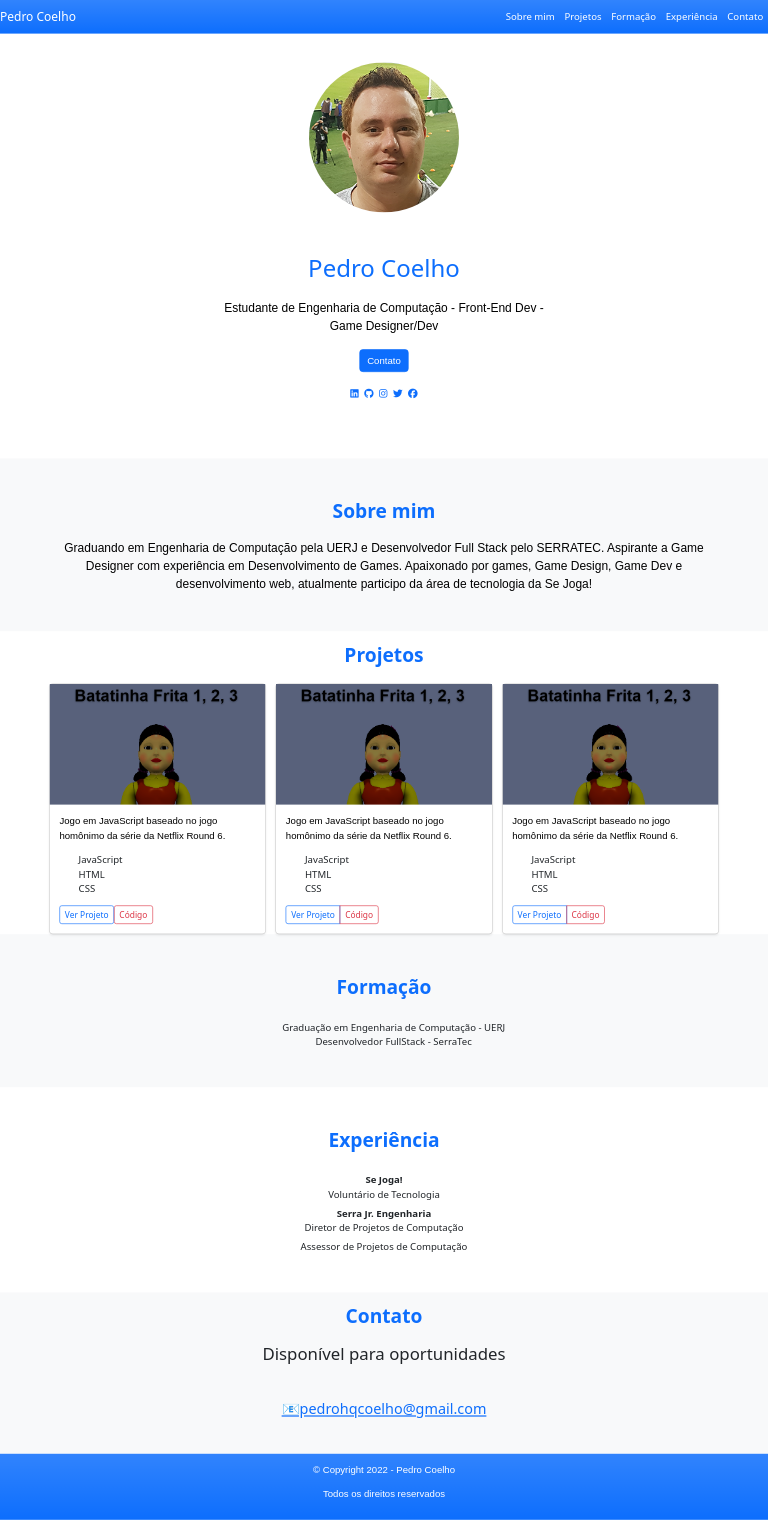
Repository: PedroHQCoelho/portfolio
Page: index.html
These files come from the project's save history. The page is drawn as it stood at one moment and after the next save; the edit follows.
The browser window is 1280 px wide. The pictures show the whole page, at 60% of full size.
Some web libraries are served in a nearby version.

Above is the page before, as saved 2022-05-26 20:13:12.

### index.html
<!DOCTYPE html>
<html lang="pt-BR">
<head>
    <meta charset="UTF-8">
    <meta http-equiv="X-UA-Compatible" content="IE=edge">
    <meta name="viewport" content="width=device-width, initial-scale=1.0">
    <title>Pedro Coelho - Portfólio</title>
    <link href="https://cdn.jsdelivr.net/npm/bootstrap@5.2.0-beta1/dist/css/bootstrap.min.css" rel="stylesheet" integrity="sha384-0evHe/X+R7YkIZDRvuzKMRqM+OrBnVFBL6DOitfPri4tjfHxaWutUpFmBp4vmVor" crossorigin="anonymous">
    <script src="https://cdn.jsdelivr.net/npm/bootstrap@5.2.0-beta1/dist/js/bootstrap.bundle.min.js" integrity="sha384-pprn3073KE6tl6bjs2QrFaJGz5/SUsLqktiwsUTF55Jfv3qYSDhgCecCxMW52nD2" crossorigin="anonymous"></script>
    <script src="https://cdn.jsdelivr.net/npm/@popperjs/core@2.11.5/dist/umd/popper.min.js" integrity="sha384-Xe+8cL9oJa6tN/veChSP7q+mnSPaj5Bcu9mPX5F5xIGE0DVittaqT5lorf0EI7Vk" crossorigin="anonymous"></script>
    <script src="https://cdn.jsdelivr.net/npm/bootstrap@5.2.0-beta1/dist/js/bootstrap.min.js" integrity="sha384-kjU+l4N0Yf4ZOJErLsIcvOU2qSb74wXpOhqTvwVx3OElZRweTnQ6d31fXEoRD1Jy" crossorigin="anonymous"></script>
    <script src="https://kit.fontawesome.com/65e0a77774.js" crossorigin="anonymous"></script>
    <link rel="stylesheet" href="style.css">
</head>
<body>
    <nav class="navbar navbar-expand-lg navbar-light bg-primary bg-gradient">
        <a class="navbar-brand textoBranco" href="#">Pedro Coelho</a>
        <button class="navbar-toggler" type="button" data-toggle="collapse" data-target="#navbarSupportedContent" aria-controls="navbarSupportedContent" aria-expanded="false" aria-label="Toggle navigation">
          <span class="navbar-toggler-icon"></span>
        </button>

        <div class="collapse navbar-collapse" id="navbarSupportedContent">
          <ul class="navbar-nav me-auto">

          </ul>
          <ul class="navbar-nav">
            <li class="nav-item">
                <a class="nav-link textoBranco" href="#sobre-mim">Sobre mim</a>
            </li>
            <li class="nav-item">
                <a class="nav-link textoBranco" href="#projetos">Projetos</a>
            </li>
            <li class="nav-item">
                <a class="nav-link textoBranco" href="#formacao">Formação</a>
            </li>
            <li class="nav-item">
                <a class="nav-link textoBranco" href="#experiencia">Experiência</a>
            </li>
            <li class="nav-item">
                <a class="nav-link textoBranco" href="#contato">Contato</a>
            </li>
          </ul>
        </div>
    </nav>

    <section class="py-5 text-center container">
        <img class="foto-perfil" src="img/foto-rosto.png" alt="foto perfil">
        <div class="row py-lg-5">
            <div class="col-lg-6 col-md-8 mx-auto">
            <h1 class="fw-light titulosAzuis">Pedro Coelho</h1>
            <p class="lead">Estudante de Engenharia de Computação - Front-End Dev - Game Designer/Dev</p>
            <p>
              <a href="#contato" class="btn btn-primary my-2">Contato</a>
            </p>
            <a href="https://www.linkedin.com/in/pedrohqcoelho/" target="_blank" title="Linkedin - Pedro Coelho"><i class="fab fa-linkedin"></i></a>
            <a href="https://github.com/PedroHQCoelho" target="_blank" title="Github - PedroHQCoelho"><i class="icones fab fa-github"></i></a>
            <a href="https://www.instagram.com/pedro.hq.coelho/" target="_blank" title="Instagram - @pedro.hq.coelho"><i class="icones fab fa-instagram"></i></a>
            <a href="https://twitter.com/pedrohqcoelho" target="_blank" title="Twitter - @pedrohqcoelho"><i class="icones fab fa-twitter"></i></a>
            <a href="https://www.facebook.com/pedrohqcoelho" target="_blank" title="Facebook - Pedro Coelho"><i class="icones fab fa-facebook"></i></a>
          </div>
        </div>
    </section>

    <!--Sobre mim-->
    <div class="album py-5 bg-light" id="sobre-mim">


        <section class="jumbotron text-center">
          <div class="container">
            <h2 class="jumbotron-heading titulosAzuis">Sobre mim</h2>
            <p class="lead">
              Graduando em Engenharia de Computação pela UERJ e Desenvolvedor Full Stack pelo SERRATEC.
              Aspirante a Game Designer com experiência em Desenvolvimento de Games.
              Apaixonado por games, Game Design, Game Dev e desenvolvimento web, atualmente participo da área de tecnologia da Se Joga!
            </p>
          </div>
        </section>
      </div>

    <!--Projetos-->

        <div class="container" id="projetos">
          <h2 class="jumbotron-heading text-center titulosAzuis">Projetos</h2>
          <div class="row row-cols-1 row-cols-sm-2 row-cols-md-3 g-3">
            <div class="col">
              <div class="card shadow-sm">
                <img src="img/batatinhafrita123.png" alt="">
                <div class="card-body">
                  <p class="card-text">Jogo em JavaScript baseado no jogo homônimo da série da Netflix Round 6.</p>
                  <ul>
                    <li>JavaScript</li>
                    <li>HTML</li>
                    <li>CSS</li>
                  </ul>
                  <div class="d-flex justify-content-between align-items-center">
                    <div class="btn-group">
                      <a href="https://batatinha-frita-1-2-3.netlify.app/" target="_blank" rel="noopener noreferrer">
                        <button type="button" class="btn btn-sm btn-outline-primary">Ver Projeto</button>
                      </a>
                      <a href="https://github.com/PedroHQCoelho/batatinha-frita-1-2-3" target="_blank" rel="noopener noreferrer">
                        <button type="button" class="btn btn-sm btn-outline-danger">Código</button>
                      </a>
                    </div>
                  </div>
                </div>
              </div>
            </div>
            <div class="col">
              <div class="card shadow-sm">
                <img src="img/batatinhafrita123.png" alt="">
                <div class="card-body">
                  <p class="card-text">Jogo em JavaScript baseado no jogo homônimo da série da Netflix Round 6.</p>
                  <ul>
                    <li>JavaScript</li>
                    <li>HTML</li>
                    <li>CSS</li>
                  </ul>
                  <div class="d-flex justify-content-between align-items-center">
                    <div class="btn-group">
                      <button type="button" class="btn btn-sm btn-outline-primary">Ver Projeto</button>
                      <button type="button" class="btn btn-sm btn-outline-danger">Código</button>
                    </div>
                  </div>
                </div>
              </div>
            </div>
            <div class="col">
              <div class="card shadow-sm">
                <img src="img/batatinhafrita123.png" alt="">
                <div class="card-body">
                  <p class="card-text">Jogo em JavaScript baseado no jogo homônimo da série da Netflix Round 6.</p>
                  <ul>
                    <li>JavaScript</li>
                    <li>HTML</li>
                    <li>CSS</li>
                  </ul>
                  <div class="d-flex justify-content-between align-items-center">
                    <div class="btn-group">
                      <button type="button" class="btn btn-sm btn-outline-primary">Ver Projeto</button>
                      <button type="button" class="btn btn-sm btn-outline-danger">Código</button>
                    </div>
                  </div>
                </div>
              </div>
            </div>
          </div>
        </div>

    <!--Formação-->
    <div class="album py-5 bg-light" id="formacao">
        <section class="jumbotron text-center">
          <div class="container">
            <h2 class="jumbotron-heading titulosAzuis">Formação</h2>
            <p class="lead">
            <ul>
              <li>Graduação em Engenharia de Computação - UERJ</li>
              <li>Desenvolvedor FullStack - SerraTec</li>
            </ul>
            </p>
          </div>
        </section>
      </div>

    <!--Experiência-->
    <div class="album py-5" id="experiencia">
      <section class="jumbotron text-center">
        <div class="container">
          <h2 class="jumbotron-heading titulosAzuis">Experiência</h2>
          <p class="lead">
          <dl>
            <dt>Se Joga!</dt>
            <dd>Voluntário de Tecnologia</dd>
            <dt>Serra Jr. Engenharia</dt>
            <dd>Diretor de Projetos de Computação</dd>
            <dd>Assessor de Projetos de Computação</dd>
          </dl>
          </p>
        </div>
      </section>
    </div>

    <!--Contato-->
        <section>
          <div class="container-fluid bg-light" id="contato">
            <h2 class="jumbotron-heading text-center titulosAzuis">Contato</h2>
            <h3 class="text-center">Disponível para oportunidades</h3>
            <a href="mailto:pedrohqcoelho@gmail.com">
              <h4 class="text-center">📧pedrohqcoelho@gmail.com</h4>
            </a>
          </div>
        </section>

        <!--Footer-->
        <footer class="text-center bg-primary bg-gradient textoFooter">
          <p class="textoBranco">© Copyright 2022 - Pedro Coelho</p>
          <p class="textoBranco">Todos os direitos reservados</p>
        </footer>
</body>
</html>

### style.css
html {
    scroll-behavior: smooth;
}

.foto-perfil {
    height: 100%;
    width: auto;
    max-width: 100%;
    border-radius: 50%;
}

p {
    font-family:Arial, Helvetica, sans-serif;
    color: black !important;
}

.icones {
    padding-left: 5px;
}

.titulosBrancos {
    text-decoration: underline;
    text-underline-position: below;
    padding-bottom: 20px;
    text-transform: uppercase;
    font-weight: 700;
    color: white;
}

.titulosAzuis {
    padding: 20px;
    font-weight: 700;
    color: #0d6efd;
}

.textoBranco {
    color: white !important;
}

.jumbotron {
    margin-bottom: 0px;
}

.textoFooter {
    margin: 0;
    padding: 15px 0px 15px 0;
}

h3, h4 {
    padding-bottom: 60px;
    margin-bottom: 0;
}

ul {
    list-style: none;
}

After the next save:
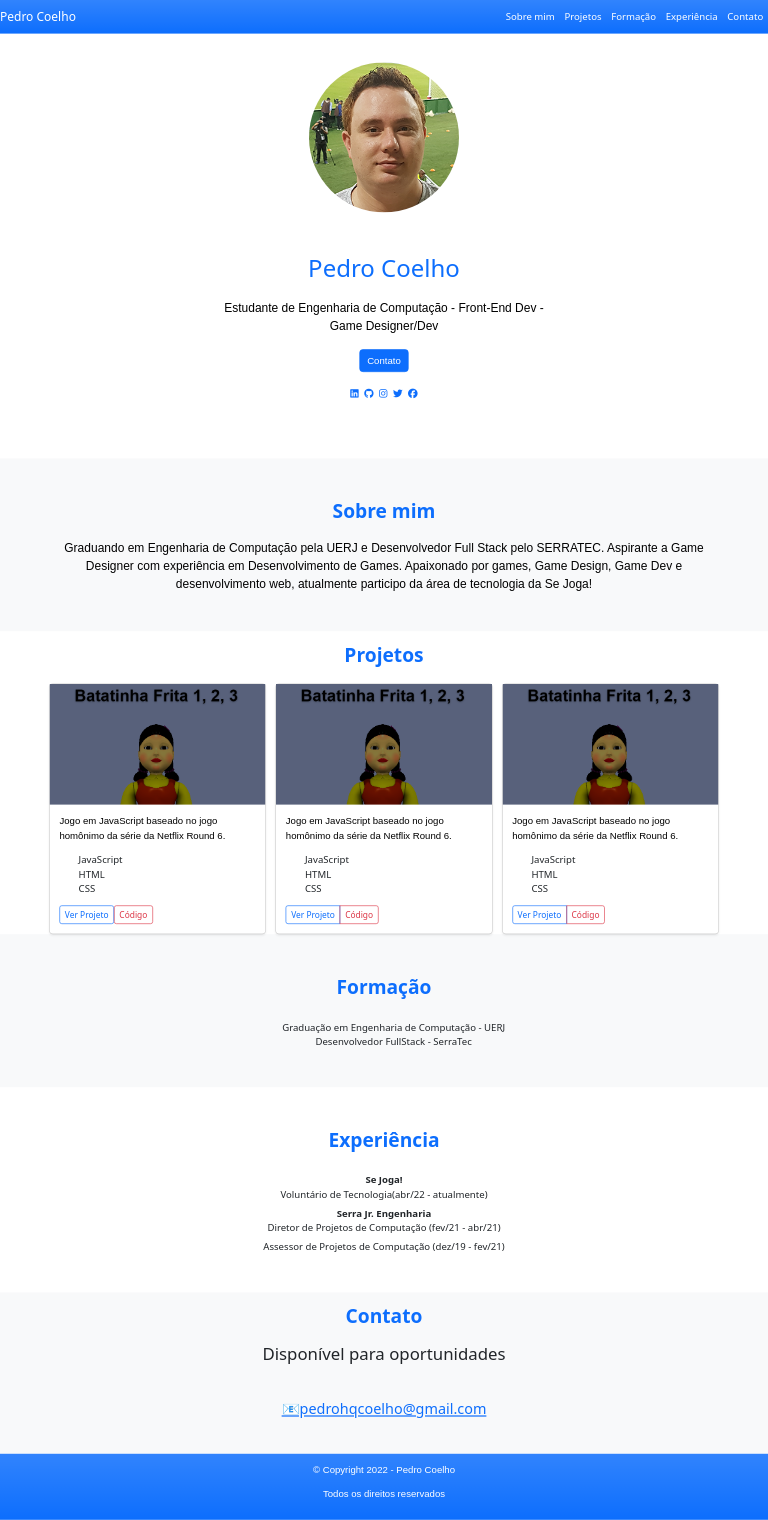
Saved 104 s later.
--- a/index.html
+++ b/index.html
@@ -169,10 +169,10 @@
           <p class="lead">
           <dl>
             <dt>Se Joga!</dt>
-            <dd>Voluntário de Tecnologia</dd>
+            <dd>Voluntário de Tecnologia(abr/22 - atualmente)</dd>
             <dt>Serra Jr. Engenharia</dt>
-            <dd>Diretor de Projetos de Computação</dd>
-            <dd>Assessor de Projetos de Computação</dd>
+            <dd>Diretor de Projetos de Computação (fev/21 - abr/21)</dd>
+            <dd>Assessor de Projetos de Computação (dez/19 - fev/21)</dd>
           </dl>
           </p>
         </div>
